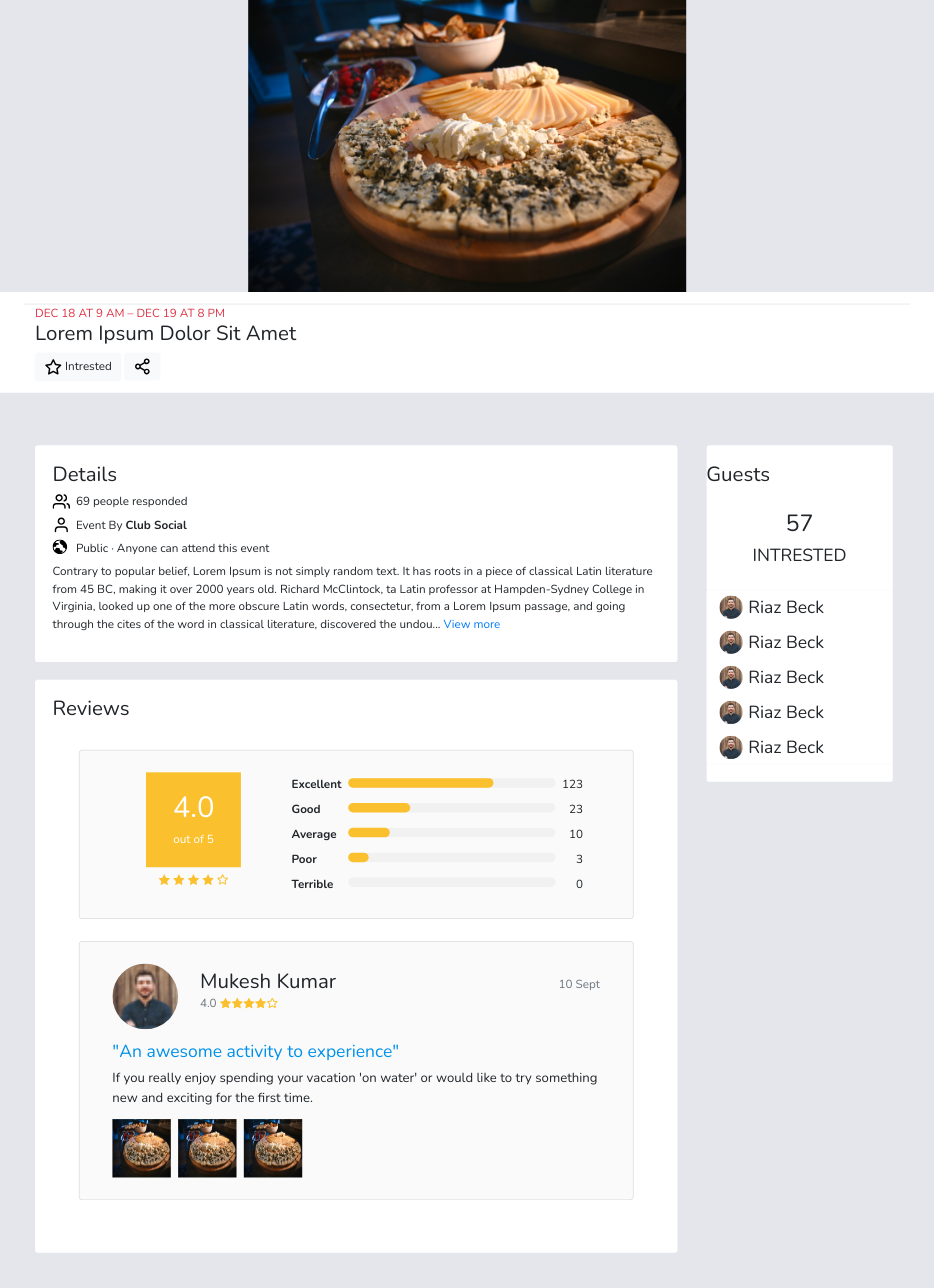
Repository: iamrachid/ensaevents
Page: event.html
These files come from the project's save history. The page is drawn as it stood at one moment and after the next save; the edit follows.
The browser window is 1280 px wide. The pictures show the whole page, at 73% of full size.

Above is the page before, as saved 2021-11-25 18:07:55.

After the next save:
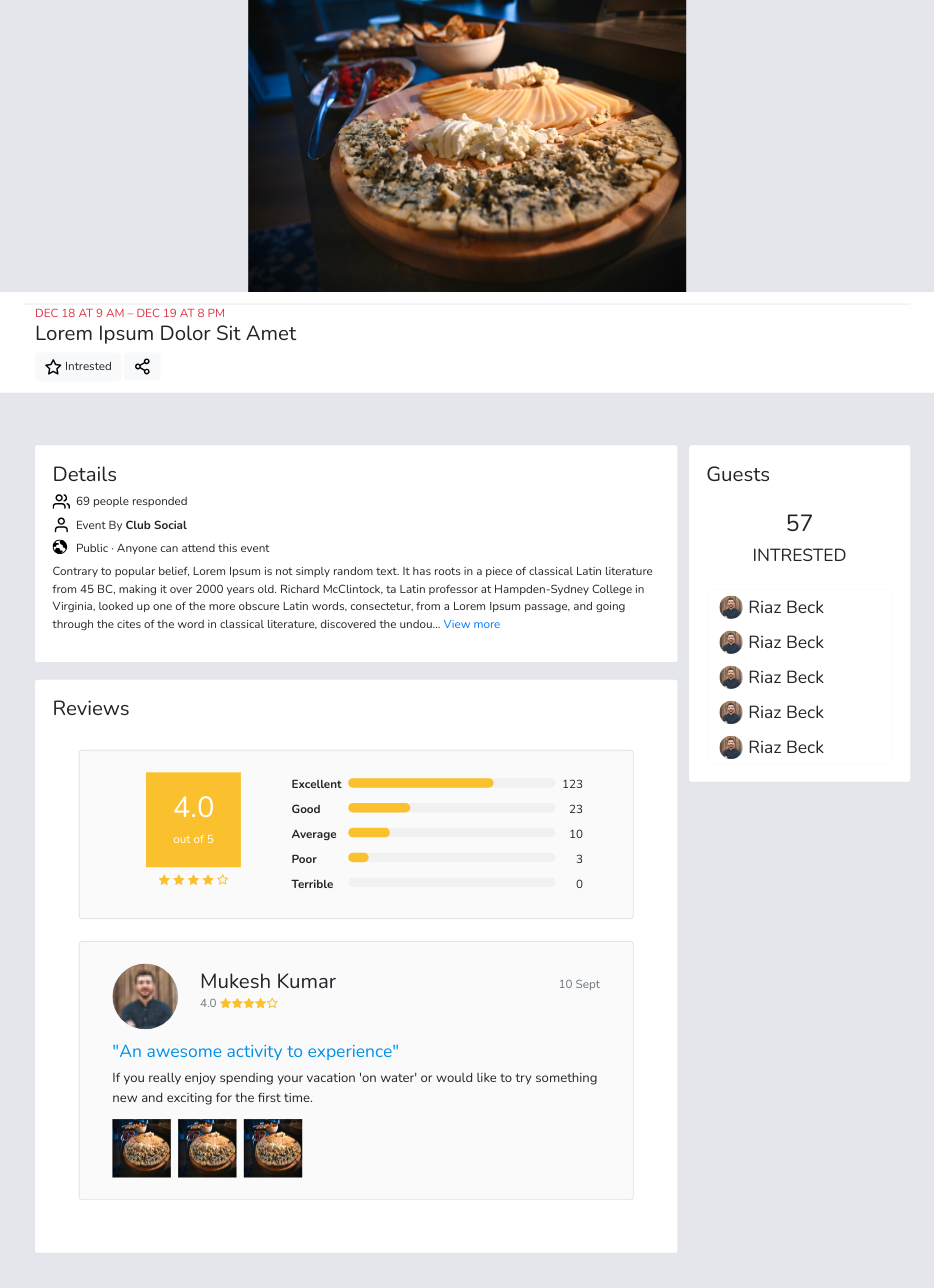
Saved 42 s later.
--- a/event.html
+++ b/event.html
@@ -234,8 +234,8 @@
 
                 </div>
             </div>
-            <div class="p-4 col-md-4 col-lg-3  col-sm-12 ">
-                <div class="bg-white px-4 px-md-0 py-4 mt-4 mt-md-0 rounded">
+            <div class="px-md-0 py-4 col-md-4 col-lg-3  col-sm-12 ">
+                <div class="bg-white px-4 py-4 mt-4 mt-md-0 rounded">
                     <h3>Guests</h3>
                     <div class="d-flex  justify-content-center py-4">
                         <div class="d-flex flex-column align-items-center">
